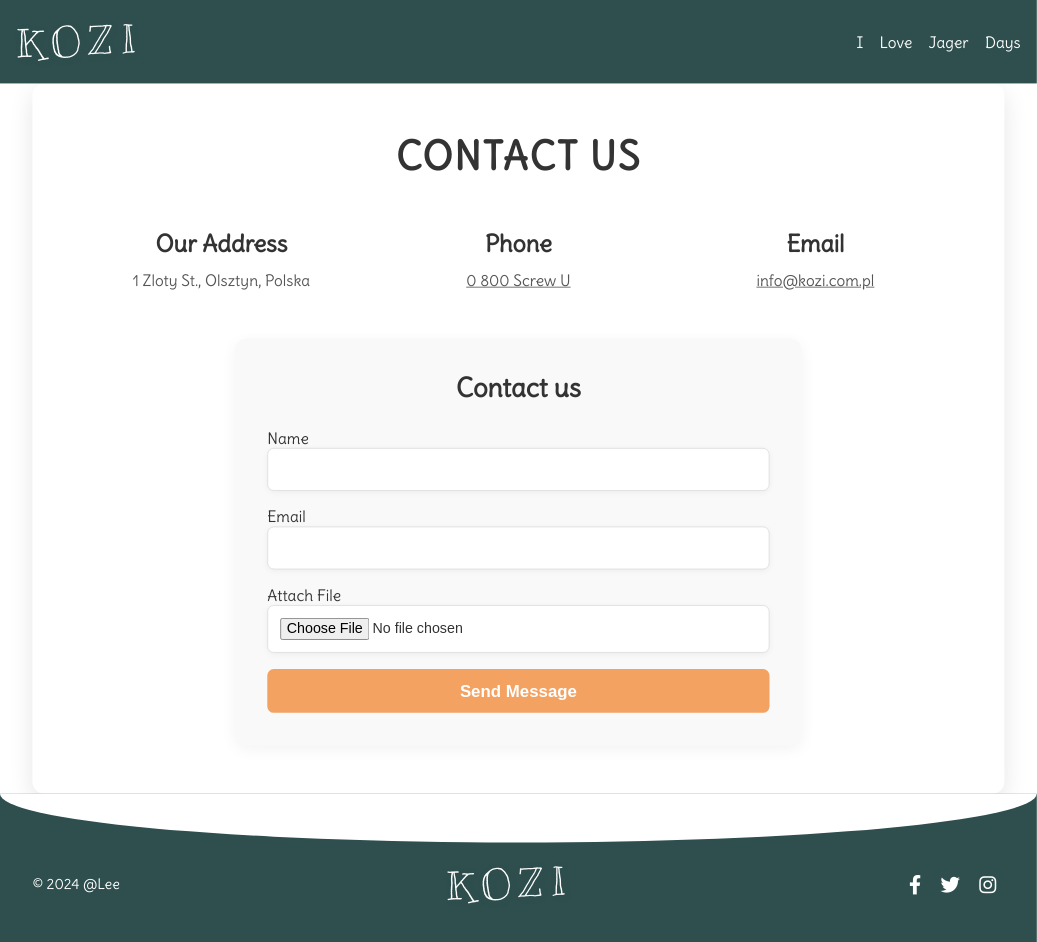
Repository: leerichie/kozi
Page: index.html
The author's editor kept a copy of each file at every save. The page is drawn from the files as they stood at one save, then again after the next save.
The browser window is 1280 px wide. The pictures show the whole page, at 81% of full size.

Above is the page before, as saved 2024-10-24 20:03:03.

After the next save:
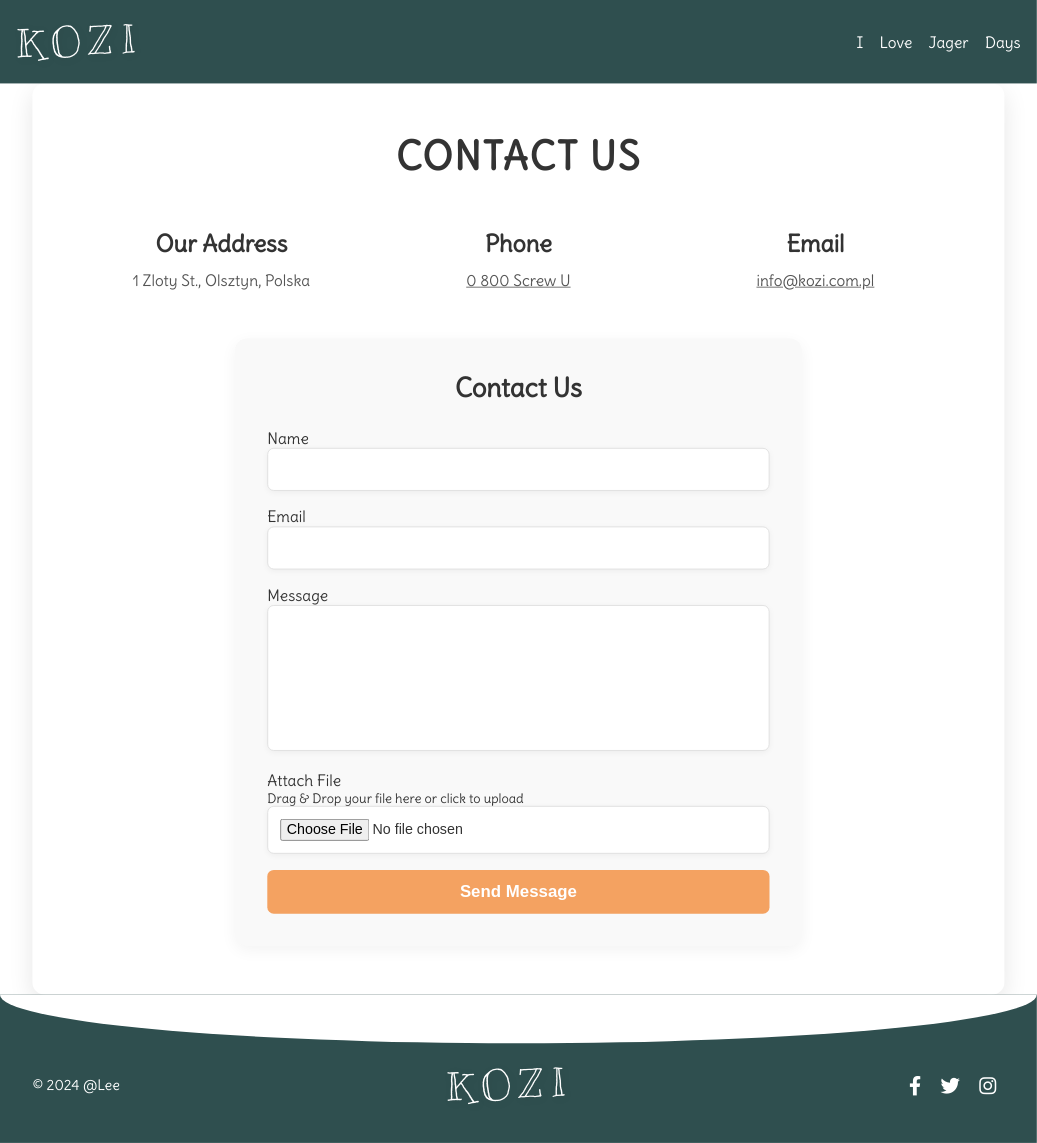
Saved 84 s later.
--- a/index.html
+++ b/index.html
@@ -67,8 +67,8 @@
         </div>
 
         <div class="form-container">
-            <h2>Contact us</h2>
-            <form action="#" method="POST" class="contact-form">
+            <h2>Contact Us</h2>
+            <form action="#" method="POST" class="contact-form" enctype="multipart/form-data">
                 <div class="form-group">
                     <label for="name">Name</label>
                     <input type="text" id="name" name="name" required>
@@ -78,9 +78,19 @@
                     <input type="email" id="email" name="email" required>
                 </div>
                 <div class="form-group">
+                    <label for="message">Message</label>
+                    <textarea id="message" name="message" required></textarea>
+                </div>
+
+                <!-- Drag and Drop File Input Field -->
+                <div class="form-group">
                     <label for="attachment">Attach File</label>
-                    <input type="file" id="attachment" name="attachment" class="file-input" required>
+                    <div class="file-drop-area" id="file-drop-area">
+                        <span class="file-message">Drag & Drop your file here or click to upload</span>
+                        <input type="file" id="attachment" name="attachment" class="file-input" required>
+                    </div>
                 </div>
+
                 <button type="submit" class="submit-btn">Send Message</button>
             </form>
         </div>
